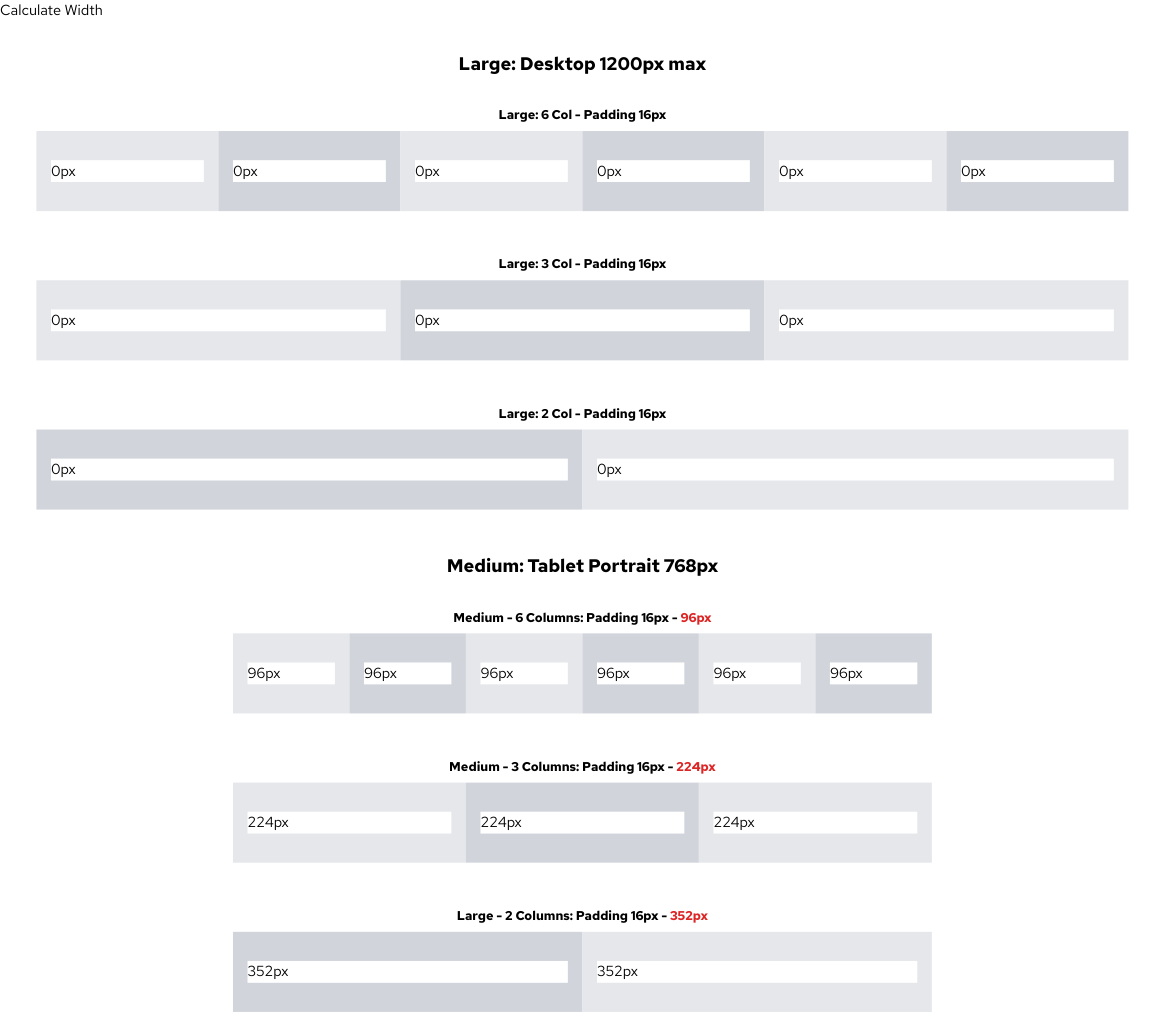
Repository: fabianwurk/vue-tailwind
Page: /
These files come from the project's save history. The page is drawn as it stood at one moment and after the next save; the edit follows.
The browser window is 1280 px wide. The pictures show the whole page, at 91% of full size.
The project was rebuilt for these pictures with package versions that can differ from the ones it lists, and the page was loaded fresh each time. Also part of the build but not shown: vite.config.js.

Above is the page before, as saved 2021-03-16 22:09:36.

### index.html
<!DOCTYPE html>
<html lang="en">
  <head>
    <link rel="preconnect" href="https://fonts.gstatic.com">
<link href="https://fonts.googleapis.com/css2?family=Red+Hat+Text:wght@400;700&display=swap" rel="stylesheet">
    <meta charset="UTF-8" />
    <link rel="icon" href="/favicon.ico" />
    <meta name="viewport" content="width=device-width, initial-scale=1.0" />
    <title>Vite App</title>
  </head>
  <body>
    <div id="app"></div>
    <script type="module" src="/src/main.js"></script>
  </body>
</html>

### src/App.vue
<template>
  <Large />
  <Medium />
</template>

<script setup>
import Large from './components/Large.vue';
import Medium from './components/Medium.vue';

</script>

### src/index.css
/* ./src/index.css */
@tailwind base;

body {
  font-family: 'Red Hat Text', sans-serif;
}
@tailwind components;
@tailwind utilities;

### src/components/Large.vue
<template>
  <div>
  <button @click="calculateWidth()">Calculate Width</button>
  <h1 class="text-xl font-bold mb-2 mt-8 text-center">Large: Desktop 1200px max</h1>
  <div class="container mx-auto">
    <h2 class="text-sm font-bold mb-2 mt-8 text-center">Large: 6 Col - Padding 16px</h2>
    <div class="flex items-center">
      <div class="w-1/6 bg-gray-200 mb-4 mt-0 py-8 px-4">
        <span class="bg-white w-full block" ref="app6">{{width6}}px</span>
      </div>
      <div class="w-1/6 bg-gray-300 mb-4 mt-0 py-8 px-4">
        <span class="bg-white w-full block" ref="app6">{{width6}}px</span>
      </div>
      <div class="w-1/6 bg-gray-200 mb-4 mt-0 py-8 px-4">
        <span class="bg-white w-full block" ref="app6">{{width6}}px</span>
      </div>
      <div class="w-1/6 bg-gray-300 mb-4 mt-0 py-8 px-4">
        <span class="bg-white w-full block" ref="app6">{{width6}}px</span>
      </div>
      <div class="w-1/6 bg-gray-200 mb-4 mt-0 py-8 px-4">
        <span class="bg-white w-full block" ref="app6">{{width6}}px</span>
      </div>
      <div class="w-1/6 bg-gray-300 mb-4 mt-0 py-8 px-4">
        <span class="bg-white w-full block" ref="app6">{{width6}}px</span>
      </div>
    </div>
  </div>

  <div class="container mx-auto">
    <h2 class="text-sm font-bold mb-2 mt-8 text-center">Large: 3 Col - Padding 16px</h2>
    <div class="flex items-center">
      <div class="w-1/3 bg-gray-200 mb-4 mt-0 py-8 px-4">
        <span class="bg-white w-full block" ref="app3">{{width3}}px</span>
      </div>
      <div class="w-1/3 bg-gray-300 mb-4 mt-0 py-8 px-4">
        <span class="bg-white w-full block" ref="app3">{{width3}}px</span>
      </div>
      <div class="w-1/3 bg-gray-200 mb-4 mt-0 py-8 px-4">
        <span class="bg-white w-full block" ref="app3">{{width3}}px</span>
      </div>
    </div>
  </div>

  <div class="container mx-auto">
    <h2 class="text-sm font-bold mb-2 mt-8 text-center">Large: 2 Col - Padding 16px</h2>
    <div class="flex items-center">
      <div class="w-1/2 bg-gray-300 mb-4 mt-0 py-8 px-4">
        <span class="bg-white w-full block" ref="app2">{{width2}}px</span>
      </div>
      <div class="w-1/2 bg-gray-200 mb-4 mt-0 py-8 px-4">
        <span class="bg-white w-full block" ref="app2">{{width2}}px</span>
      </div>
    </div>
  </div>

  </div>
</template>

<script>
export default {
  data() {
    return {
      width6: 0,
      width3: 0,
      width2: 0,
    };
  },
  methods: {
    calculateWidth() {
      this.width6 = this.$refs.app6.clientWidth;
      this.width3 = this.$refs.app3.clientWidth;
      this.width2 = this.$refs.app2.clientWidth;
    }
  }
}
</script>

### src/components/Medium.vue
<template>
  <div>
  <h1 class="text-xl font-bold mb-2 mt-8 text-center">Medium: Tablet Portrait 768px</h1>
  <div class="max-w-3xl mx-auto">
    <h2 class="text-sm font-bold mb-2 mt-8 text-center">Medium - 6 Columns: Padding 16px - <span class="text-red-600">{{ sixColMd }}</span></h2>
    <div class="flex items-center">
      <div class="w-1/6 bg-gray-200 mb-4 mt-0 py-8 px-4">
        <span class="bg-white w-full block">{{ sixColMd }}</span>
      </div>
      <div class="w-1/6 bg-gray-300 mb-4 mt-0 py-8 px-4">
        <span class="bg-white w-full block">{{ sixColMd }}</span>
      </div>
      <div class="w-1/6 bg-gray-200 mb-4 mt-0 py-8 px-4">
        <span class="bg-white w-full block">{{ sixColMd }}</span>
      </div>
      <div class="w-1/6 bg-gray-300 mb-4 mt-0 py-8 px-4">
        <span class="bg-white w-full block">{{ sixColMd }}</span>
      </div>
      <div class="w-1/6 bg-gray-200 mb-4 mt-0 py-8 px-4">
        <span class="bg-white w-full block">{{ sixColMd }}</span>
      </div>
      <div class="w-1/6 bg-gray-300 mb-4 mt-0 py-8 px-4">
        <span class="bg-white w-full block">{{ sixColMd }}</span>
      </div>
    </div>
  </div>

  <div class="max-w-3xl mx-auto">
    <h2 class="text-sm font-bold mb-2 mt-8 text-center">Medium - 3 Columns: Padding 16px - <span class="text-red-600">{{ threeColMd }}</span></h2>
    <div class="flex items-center">
      <div class="w-1/3 bg-gray-200 mb-4 mt-0 py-8 px-4">
        <span class="bg-white w-full block">{{ threeColMd }}</span>
      </div>
      <div class="w-1/3 bg-gray-300 mb-4 mt-0 py-8 px-4">
        <span class="bg-white w-full block">{{ threeColMd }}</span>
      </div>
      <div class="w-1/3 bg-gray-200 mb-4 mt-0 py-8 px-4">
        <span class="bg-white w-full block">{{ threeColMd }}</span>
      </div>
    </div>
  </div>

  <div class="max-w-3xl mx-auto">
    <h2 class="text-sm font-bold mb-2 mt-8 text-center">Large - 2 Columns: Padding 16px - <span class="text-red-600">{{ twoColMd }}</span></h2>
    <div class="flex items-center">
      <div class="w-1/2 bg-gray-300 mb-4 mt-0 py-8 px-4">
        <span class="bg-white w-full block">{{ twoColMd }}</span>
      </div>
      <div class="w-1/2 bg-gray-200 mb-4 mt-0 py-8 px-4">
        <span class="bg-white w-full block">{{ twoColMd }}</span>
      </div>
    </div>
  </div>

  </div>
</template>

<script>
export default {
  data() {
    return {
      sixColMd: "96px",
      threeColMd: "224px",
      twoColMd: "352px",
    };
  },
}
</script>

### tailwind.config.js
module.exports = {
  purge: ['./index.html', './src/**/*.{vue,js,ts,jsx,tsx}'],
  darkMode: false, // or 'media' or 'class'
  theme: {
    extend: {
      container: {
        'md': {'max': '768px'},
      },
      screens: {
        'xl': {'min': '1200px', 'max': '1280px'},
        '2xl': {'max': '1280px'},
      },
    },
  },
  variants: {
    extend: {},
  },
  plugins: [],
}

Loaded but not shown: src/main.js (common file)

After the next save:
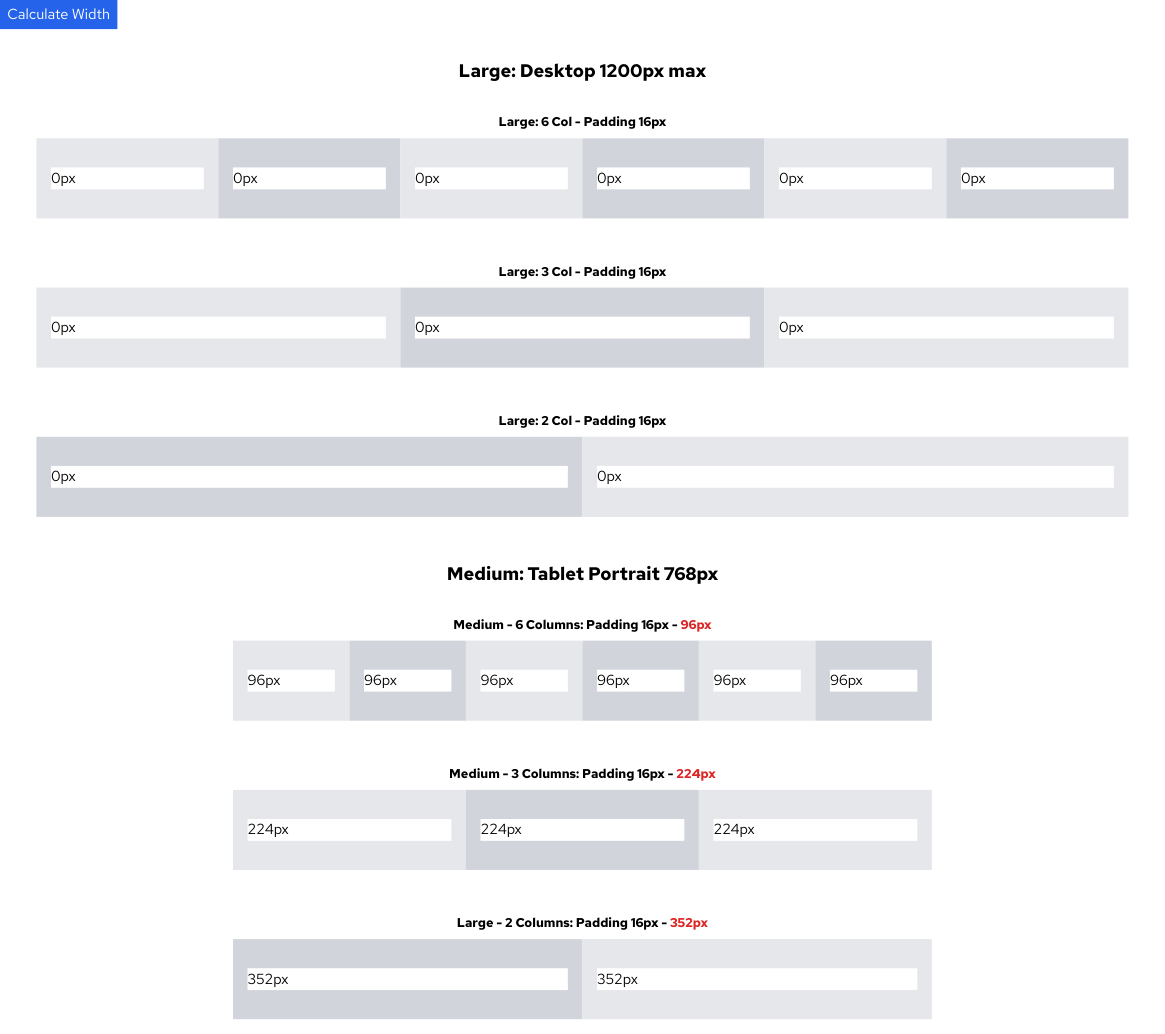
Saved 39 s later.
--- a/src/components/Large.vue
+++ b/src/components/Large.vue
@@ -1,6 +1,6 @@
 <template>
   <div>
-  <button @click="calculateWidth()">Calculate Width</button>
+  <button class="bg-blue-600 text-white px-2 py-1" @click="calculateWidth()">Calculate Width</button>
   <h1 class="text-xl font-bold mb-2 mt-8 text-center">Large: Desktop 1200px max</h1>
   <div class="container mx-auto">
     <h2 class="text-sm font-bold mb-2 mt-8 text-center">Large: 6 Col - Padding 16px</h2>
